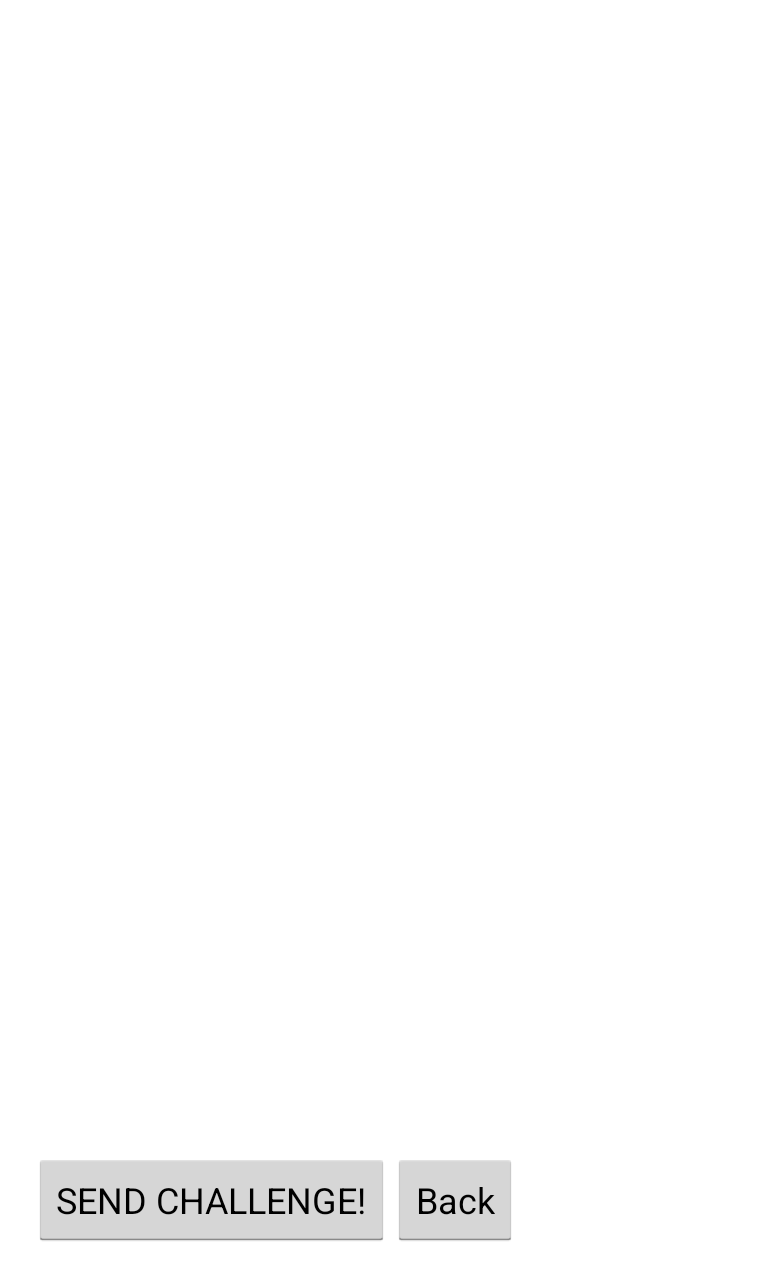
Repository: MikeFynes/ChallengeAccepted
Layout: ChallengeAcceptedFrontEnd/ChallengeDemo/res/layout/activity_challenger.xml
The author's editor kept a copy of each file at every save. The layout is drawn from the files as they stood at one save, then again after the next save.
It is drawn on a 768 x 1280 px phone screen (xhdpi) without system bars, with theme AppTheme; the app's code is not run.

Above is the layout before, as saved 2014-12-09 12:53:54.

After the next save:
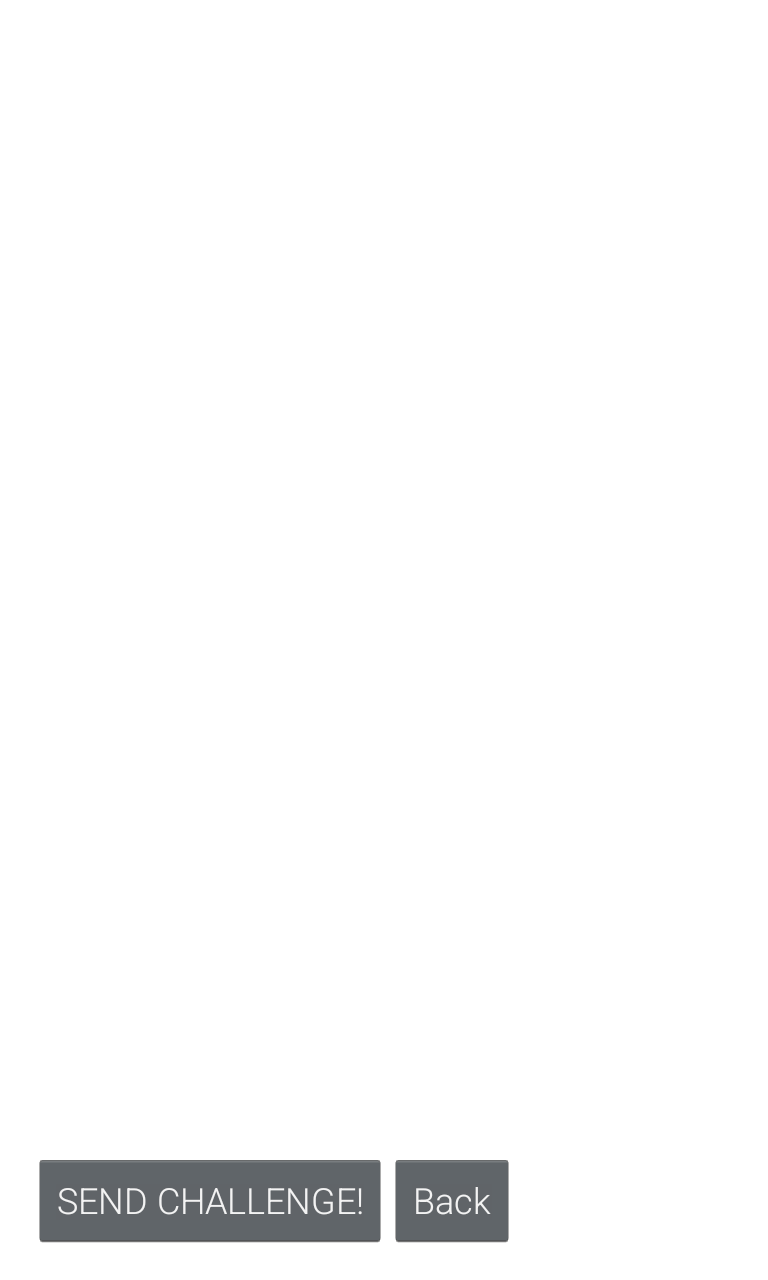
Saved 76 s later.
--- a/ChallengeAcceptedFrontEnd/ChallengeDemo/res/values/styles.xml
+++ b/ChallengeAcceptedFrontEnd/ChallengeDemo/res/values/styles.xml
@@ -29,7 +29,8 @@
         <item name="android:actionModeBackground">@drawable/cab_background_top_example</item>
         <item name="android:actionModeSplitBackground">@drawable/cab_background_bottom_example</item>
         <item name="android:actionModeCloseButtonStyle">@style/ActionButton.CloseMode.Example</item>
-
+            <item name="android:textViewStyle">@style/RobotoTextViewStyle</item>
+    <item name="android:buttonStyle">@style/RobotoButtonStyle</item>
 
     </style>
 
@@ -77,4 +78,13 @@
         <item name="android:dropDownListViewStyle">@style/DropDownListView.Example</item>
     </style>
 
+    <style name="RobotoTextViewStyle" parent="android:Widget.TextView">
+    <item name="android:fontFamily">sans-serif-light</item>
+</style>
+
+<style name="RobotoButtonStyle" parent="android:Widget.Holo.Button">
+    <item name="android:fontFamily">sans-serif-light</item>
+</style>
+
+
 </resources>
